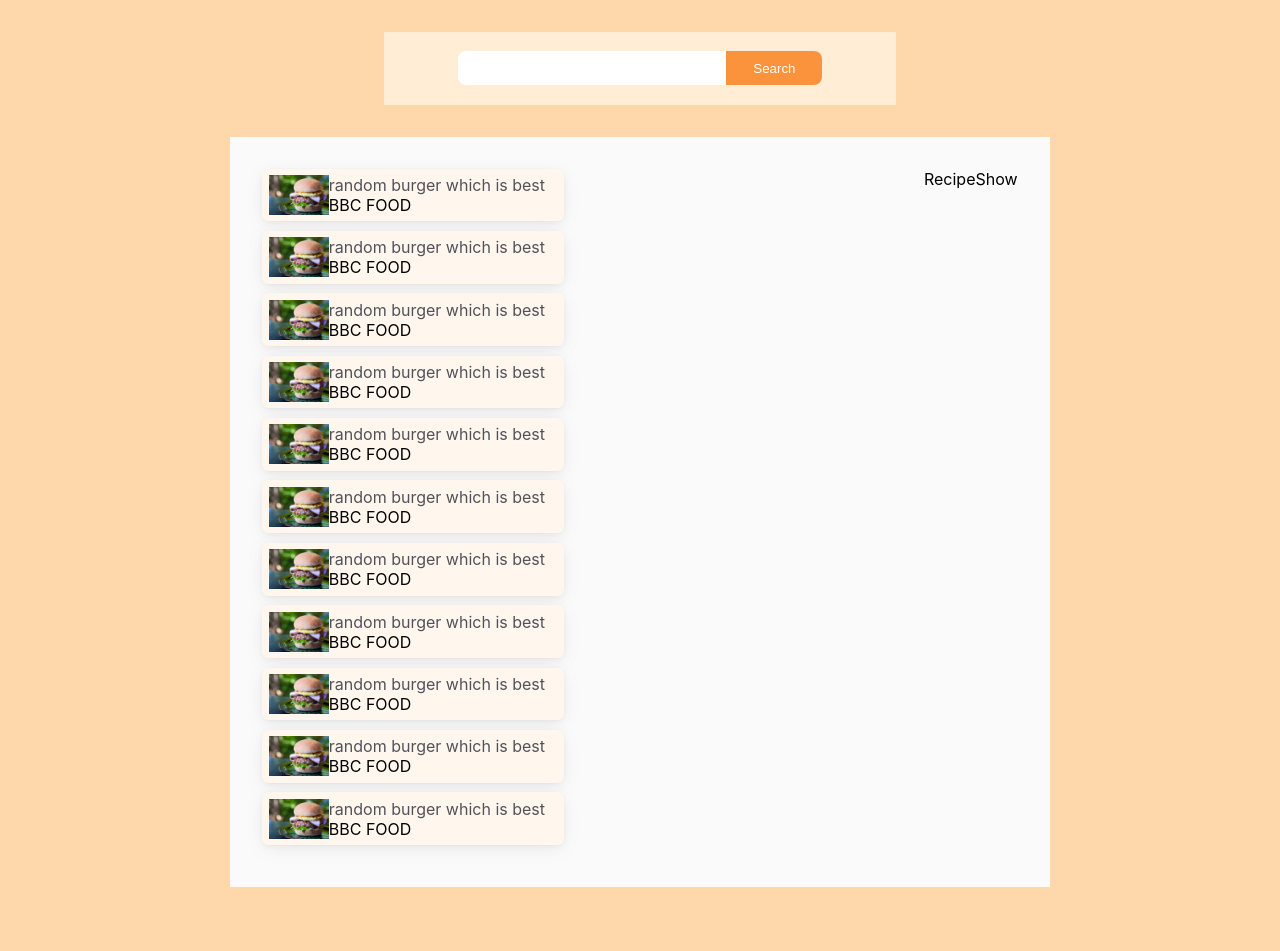
Repository: sandipkarmokar/recipeApp
Page: /
These files come from the project's save history. The page is drawn as it stood at one moment and after the next save; the edit follows.
The browser window is 1280 px wide. The pictures show the whole page.
The project was rebuilt for these pictures with package versions that can differ from the ones it lists, and the page was loaded fresh each time.

Above is the page before, as saved 2022-04-16 12:17:56.

After the next save:
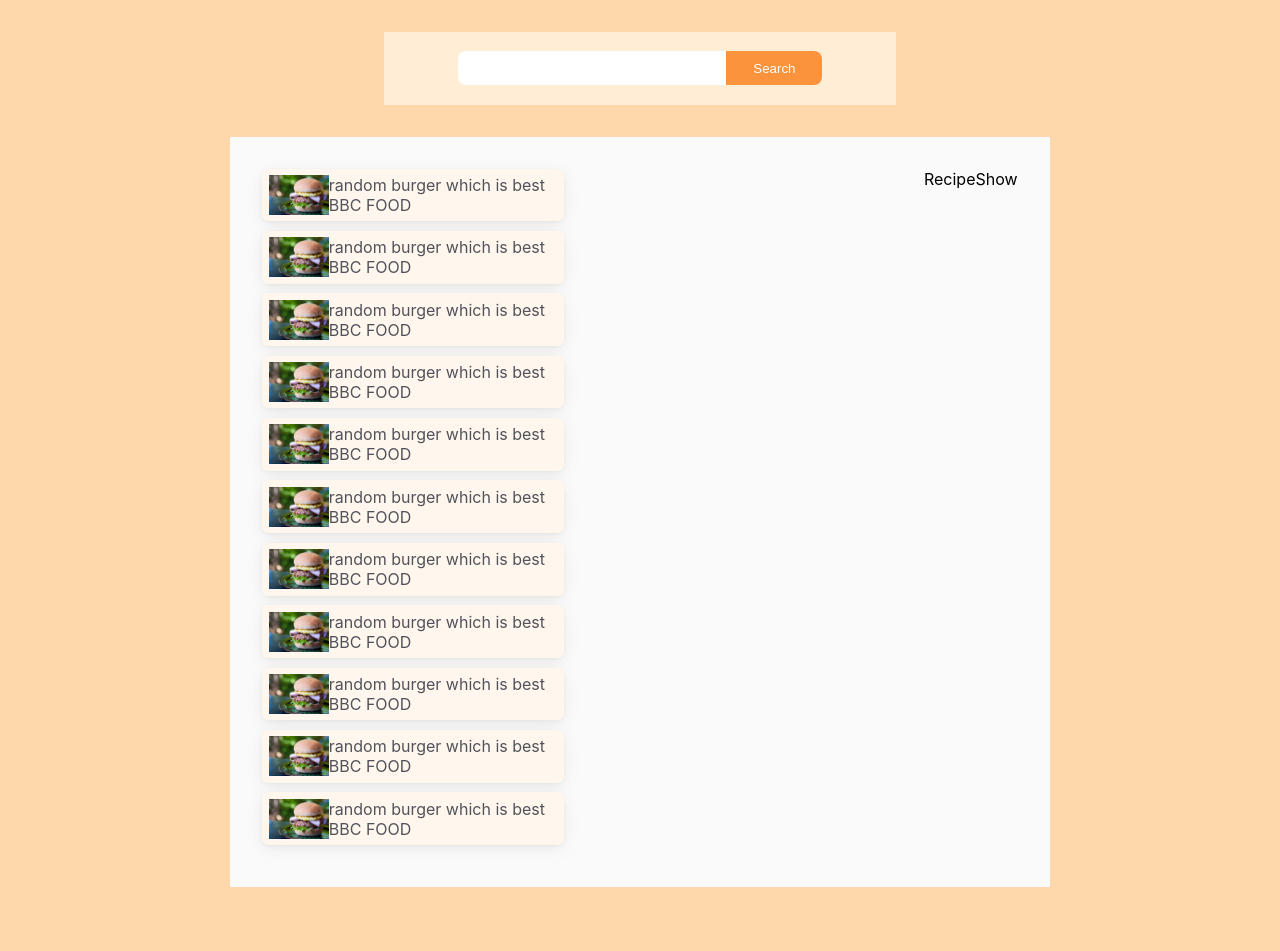
Saved 24 s later.
--- a/src/App.css
+++ b/src/App.css
@@ -111,3 +111,14 @@
     color: #52525b;
     font-size: 1rem;
 }
+.app
+    .app-container
+    .recipe-modal
+    .recipeList
+    .recipeList-container
+    .recipe-item
+    .info
+    .publisher {
+    color: #52525b;
+    font-size: 1rem;
+}
